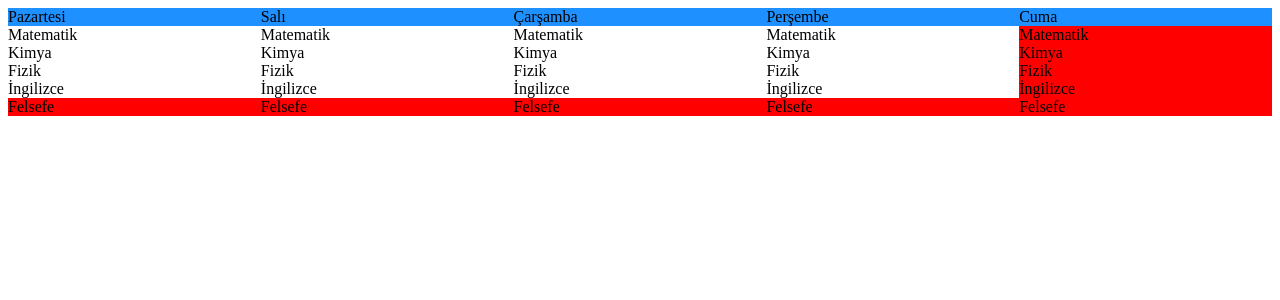
Repository: ahmetbugraozcan/css-ders-programi
Page: deneme.html
These files come from the project's save history. The page is drawn as it stood at one moment and after the next save; the edit follows.
The browser window is 1280 px wide. The pictures show the whole page.

Above is the page before, as saved 2021-07-10 09:26:18.

### deneme.html
<!DOCTYPE html>
<html lang="en">

<head>
    <meta charset="UTF-8">
    <meta http-equiv="X-UA-Compatible" content="IE=edge">
    <meta name="viewport" content="width=device-width, initial-scale=1.0">
    <title>Document</title>
</head>
<style>
    header {
        background-color: dodgerblue;
    }

    header,
    .row {
        display: flex;
        /* aligns all child elements (flex items) in a row */
    }

    .row :last-child {
        background-color: red;
    }

    .col {
        flex: 1;
        /* distributes space on the line equally among items */
    }
</style>

<body>

    <header>
        <div class="col">Pazartesi</div>
        <div class="col">Salı</div>
        <div class="col">Çarşamba</div>
        <div class="col">Perşembe</div>
        <div class="col">Cuma</div>
    </header>
    <div class="row">
        <div class="col">Matematik
            <div>Kimya</div>
            <div>Fizik</div>
            <div>İngilizce</div>
            <div>Felsefe</div>
        </div>
        <div class="col">Matematik<div>Kimya</div>
            <div>Fizik</div>
            <div>İngilizce</div>
            <div>Felsefe</div>
        </div>
        <div class="col">Matematik
            <div>Kimya</div>
            <div>Fizik</div>
            <div>İngilizce</div>
            <div>Felsefe</div>
        </div>
        <div class="col">Matematik<div>Kimya</div>
            <div>Fizik</div>
            <div>İngilizce</div>
            <div>Felsefe</div>
        </div>
        <div class="col">Matematik
            <div>Kimya</div>
            <div>Fizik</div>
            <div>İngilizce</div>
            <div>Felsefe</div>
        </div>
    </div>
</body>

</html>

After the next save:
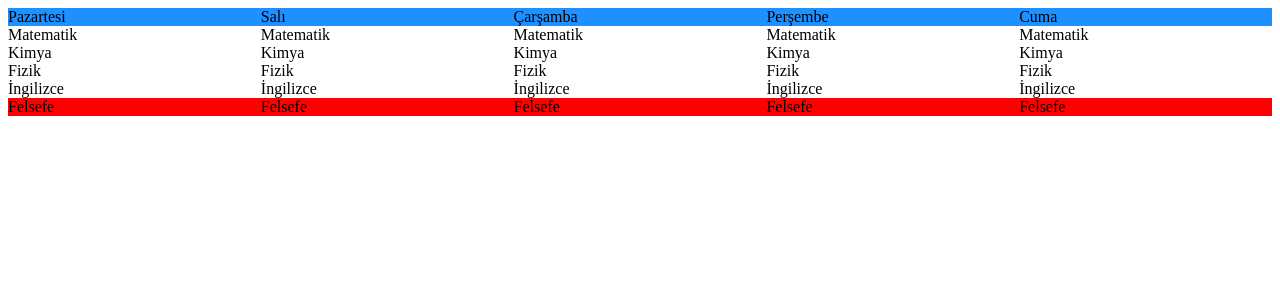
Saved 9 s later.
--- a/deneme.html
+++ b/deneme.html
@@ -18,7 +18,7 @@
         /* aligns all child elements (flex items) in a row */
     }
 
-    .row :last-child {
+    .col :last-child {
         background-color: red;
     }
 
